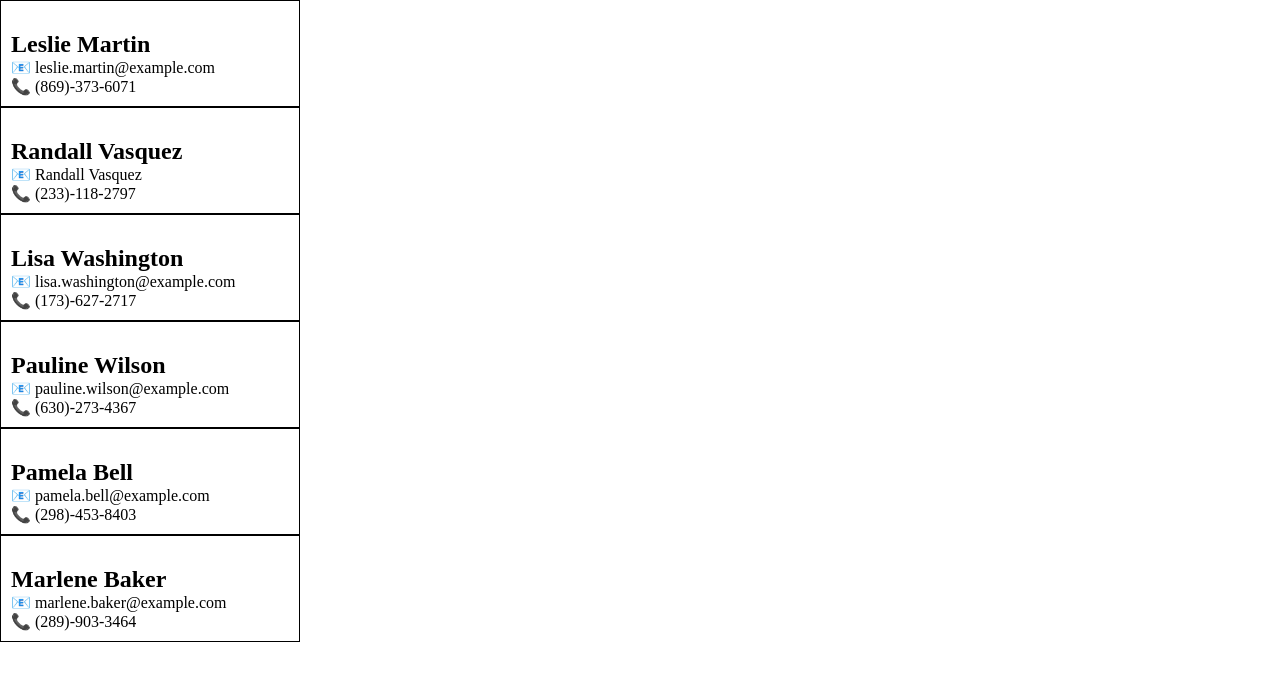
Repository: m0lt/modul_1
Page: 20250702_Aufgaben/Display-Level-2_1/index.html
These files come from the project's save history. The page is drawn as it stood at one moment and after the next save; the edit follows.
The browser window is 1280 px wide. The pictures show the whole page.

Above is the page before, as saved 2025-07-03 06:36:22.

After the next save:
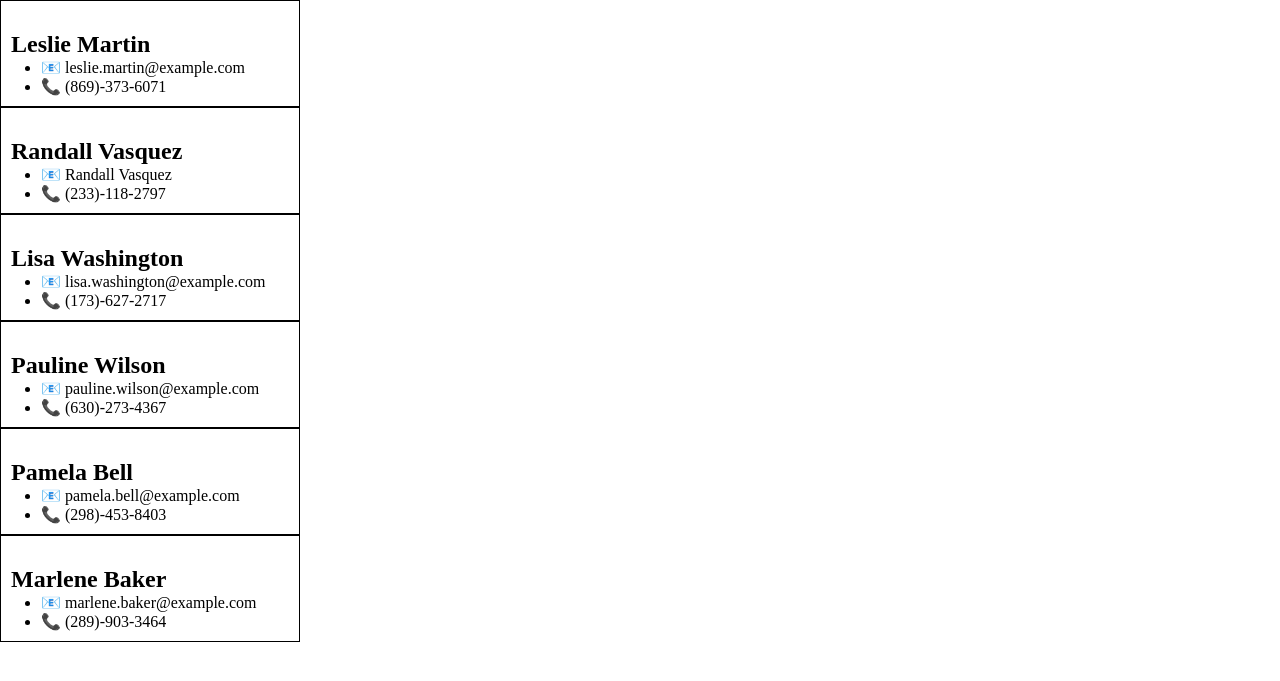
Saved 29 s later.
--- a/20250702_Aufgaben/Display-Level-2_1/assets/css/boxmodel.css
+++ b/20250702_Aufgaben/Display-Level-2_1/assets/css/boxmodel.css
@@ -13,5 +13,8 @@
 
 h2{
     padding-top: 20px;
-    ;
 }
+
+ul{
+    padding-left: 30px;
+}

After the save that followed:
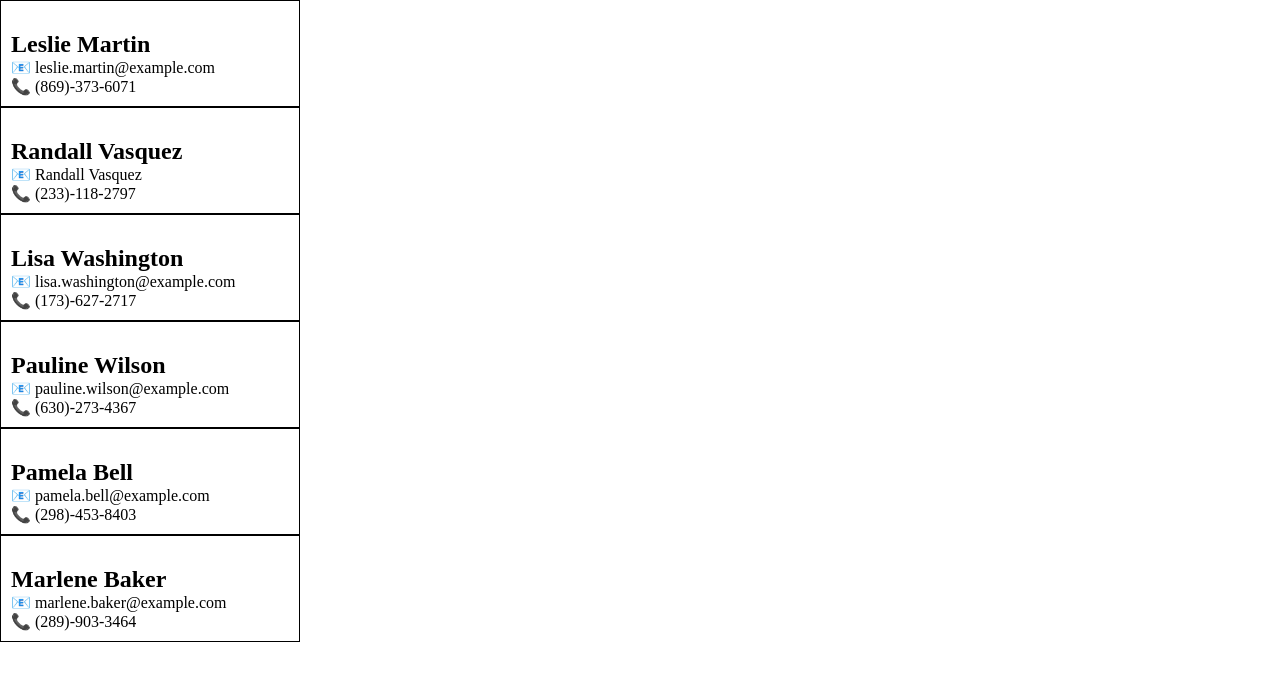
Saved 33 s later.
--- a/20250702_Aufgaben/Display-Level-2_1/assets/css/boxmodel.css
+++ b/20250702_Aufgaben/Display-Level-2_1/assets/css/boxmodel.css
@@ -15,6 +15,7 @@
     padding-top: 20px;
 }
 
-ul{
+/* ul{
     padding-left: 30px;
-}
+
+} */
